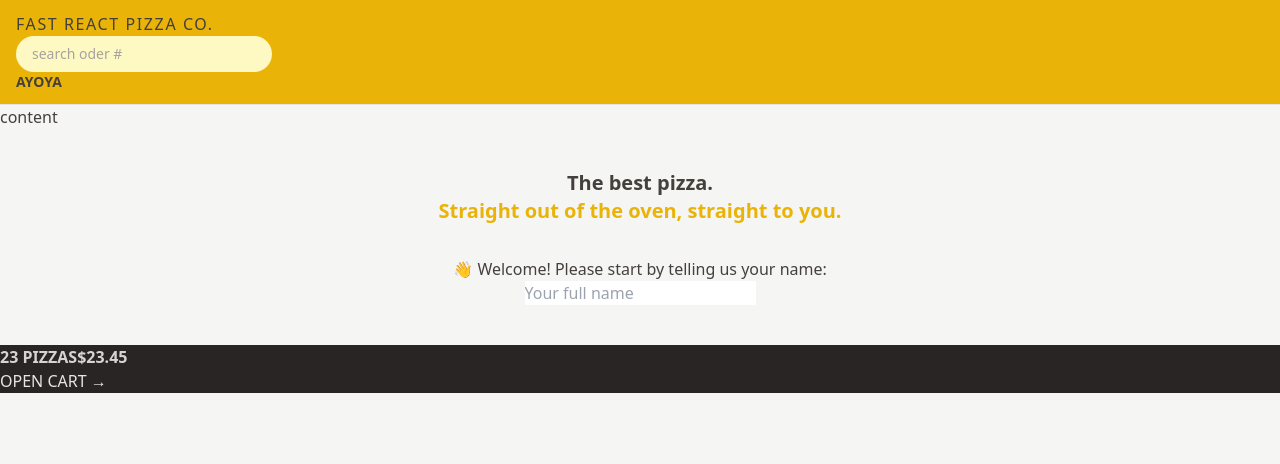
Repository: ayakhaled0001/pizza-delivery
Page: /
The author's editor kept a copy of each file at every save. The page is drawn from the files as they stood at one save, then again after the next save.
The browser window is 1280 px wide. The pictures show the whole page.
The project was rebuilt for these pictures with package versions that can differ from the ones it lists, and the page was loaded fresh each time. Also part of the build but not shown: vite.config.js, src/services/apiRestaurant.jsx, src/utilities/helpers.jsx, src/features/menu/MenuItem.jsx, src/features/menu/Menu.jsx, src/features/cart/Cart.jsx, src/features/order/Order.jsx, src/ui/Loader.jsx and 1 more. Imported but missing from the stored project, and not drawn on this page: src/features/order/CreateOrder.

Above is the page before, as saved 2025-05-01 02:35:51.

### index.html
<!DOCTYPE html>
<html lang="en">
  <head>
    <meta charset="UTF-8" />
    <link rel="icon" type="image/svg+xml" href="/vite.svg" />
    <meta name="viewport" content="width=device-width, initial-scale=1.0" />
    <title>Vite + React</title>
  </head>
  <body class="bg-stone-100 text-stone-700">
    <div id="root"></div>
    <script type="module" src="/src/main.jsx"></script>
  </body>
</html>

### src/App.jsx
import { createBrowserRouter, RouterProvider } from "react-router-dom";
import Home from "./ui/Home";
import Menu, { loader as menuLoader } from "./features/menu/Menu";
import Cart from "./features/cart/Cart";
import CreateOrder, {
  action as CreateOrderAction,
} from "./features/order/CreateOrder";
import Order, { loader as orderLoader } from "./features/order/Order";
import AppLayout from "./ui/AppLayout";
import Error from "./ui/Error";
const router = createBrowserRouter([
  {
    element: <AppLayout />,
    children: [
      { path: "/", element: <Home /> },
      {
        path: "/menu",
        element: <Menu />,
        loader: menuLoader,
        errorElement: <Error />,
      },
      { path: "/cart", element: <Cart /> },
      {
        path: "/order/new",
        element: <CreateOrder />,
        action: CreateOrderAction,
      },
      {
        path: "/order/:orderId",
        element: <Order />,
        loader: orderLoader,
        errorElement: <Error />,
      },
    ],
  },
]);
function App() {
  return <RouterProvider router={router} />;
}

export default App;

### src/ui/Home.jsx
import CreateUser from "../features/user/CreateUser";
function Home() {
  return (
    <div className="my-10 text-center">
      <h1 className=" mb-8 text-xl  font-semibold ">
        The best pizza.
        <br />
        <span className="text-yellow-500">
          Straight out of the oven, straight to you.
        </span>
      </h1>
      <CreateUser />
    </div>
  );
}

export default Home;

### src/ui/AppLayout.jsx
import Header from "./Header";
import CartOverview from "../features/cart/CartOverview";
import { Outlet, useNavigation } from "react-router-dom";
import Loader from "./Loader";

function AppLayout() {
  const navigation = useNavigation();
  const isLoading = navigation.state === "loading";
  console.log(navigation.state);
  return (
    <div className="layout">
      {isLoading && <Loader />}
      <Header />
      <main>
        <p>content</p>
        <Outlet />
      </main>
      <CartOverview />
    </div>
  );
}

export default AppLayout;

### src/ui/Header.jsx
import { Link } from "react-router-dom";
import SearchOrder from "../features/order/SearchOrder.jsx";
import UserName from "../features/user/UserName.jsx";

function Header() {
  return (
    <header className="bg-yellow-500 px-4 py-3 uppercase border-b border-stone-200">
      <Link to="/" className="tracking-widest">
        Fast React Pizza Co.
      </Link>
      <SearchOrder />
      <UserName />
    </header>
  );
}

export default Header;

### src/features/cart/CartOverview.jsx
import { Link } from "react-router-dom";

function CartOverview() {
  return (
    <div className="bg-stone-800 text-stone-200 uppercase">
      <p className="text-stone-300 font-semibold">
        <span>23 pizzas</span>
        <span>$23.45</span>
      </p>
      <Link to="/cart">Open cart &rarr;</Link>
    </div>
  );
}

export default CartOverview;

### src/features/order/SearchOrder.jsx
import { useState } from "react";
import { useNavigate } from "react-router-dom";

function SearchOrder() {
  const [query, setQuery] = useState("");
  const navigate = useNavigate();
  function handleSubmit(e) {
    e.preventDefault();
    if (!query) return;
    navigate(`/order/${query}`);
    setQuery("");
  }
  return (
    <form onSubmit={handleSubmit}>
      <input
        placeholder="search oder #"
        value={query}
        onChange={(e) => setQuery(e.target.value)}
        className="duration-300 sm:w-64 focus:outline-none focus:ring
         focus:ring-yellow-500 focus:ring-opacity-50  sm:focus:w-72 transition-all w-28
         bg-yellow-100 rounded-full px-4 py-2 text-sm placeholder:text-stone-400"
      />
    </form>
  );
}

export default SearchOrder;

### src/features/user/UserName.jsx
function UserName() {
  return <div className="text-sm font-semibold">ayoya</div>;
}

export default UserName;

Loaded but not shown: src/main.jsx (common file); src/index.css (common file); src/features/user/CreateUser.jsx (common file); tailwind.config.js (common file)

After the next save:
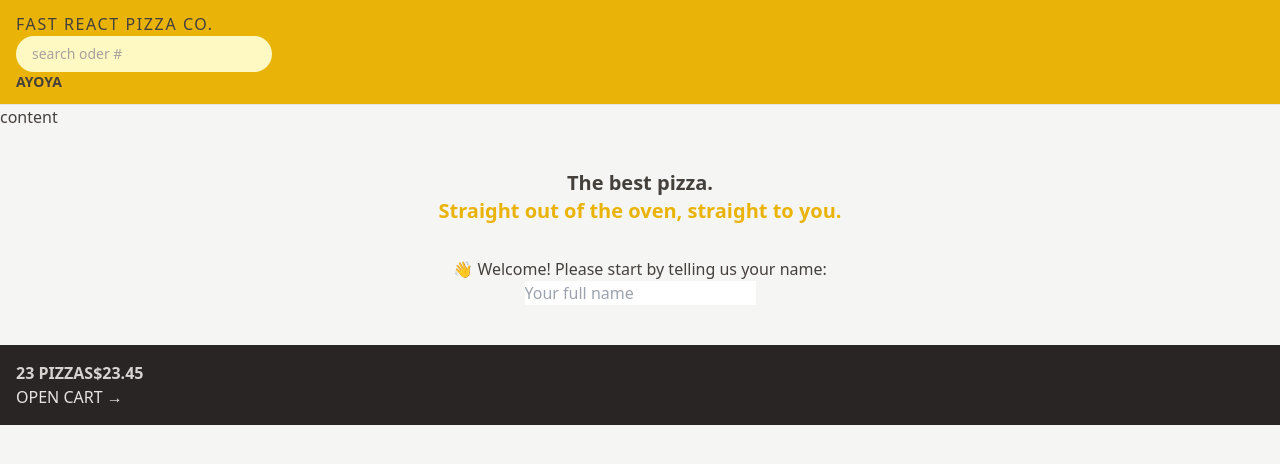
Saved 46 s later.
--- a/src/features/cart/CartOverview.jsx
+++ b/src/features/cart/CartOverview.jsx
@@ -2,7 +2,7 @@ import { Link } from "react-router-dom";
 
 function CartOverview() {
   return (
-    <div className="bg-stone-800 text-stone-200 uppercase">
+    <div className="bg-stone-800 text-stone-200 uppercase p-4">
       <p className="text-stone-300 font-semibold">
         <span>23 pizzas</span>
         <span>$23.45</span>
